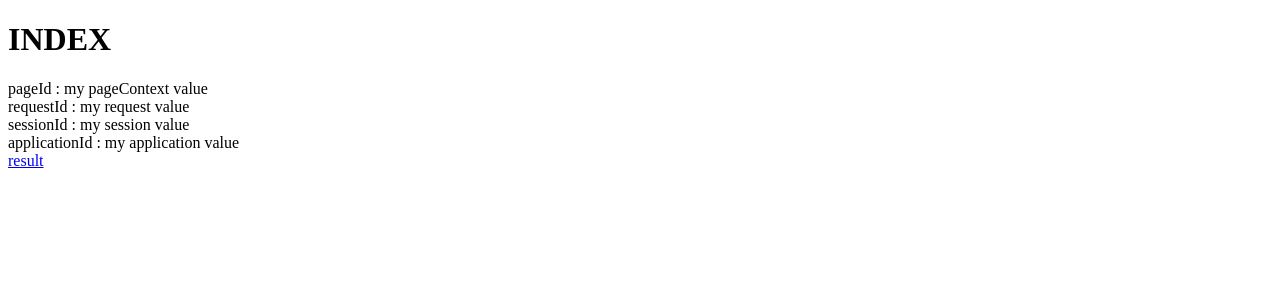
Repository: charamee/Web_kh
Page: http://localhost/Jsp06_Scope/
These files come from the project's save history. The page is drawn as it stood at one moment and after the next save; the edit follows.
The browser window is 1280 px wide. The pictures show the whole page.
The page is served by Tomcat 9.

Above is the page before, as saved 2021-02-23 05:16:12.

After the next save:
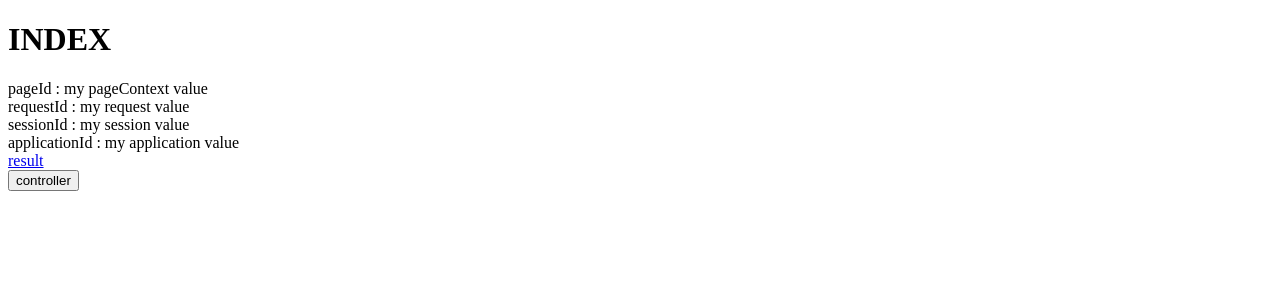
Saved 16 min 26 s later.
--- a/Workspace_WEB/Jsp06_Scope/WebContent/index.jsp
+++ b/Workspace_WEB/Jsp06_Scope/WebContent/index.jsp
@@ -24,6 +24,9 @@
 	applicationId : <%=application.getAttribute("applicationId") %> <br>
 
 	<a href="result.jsp">result</a>
+	<form action="scope.do" method="post">
+		<input type="submit" value="controller">
+	</form>
 
 
 </body>
